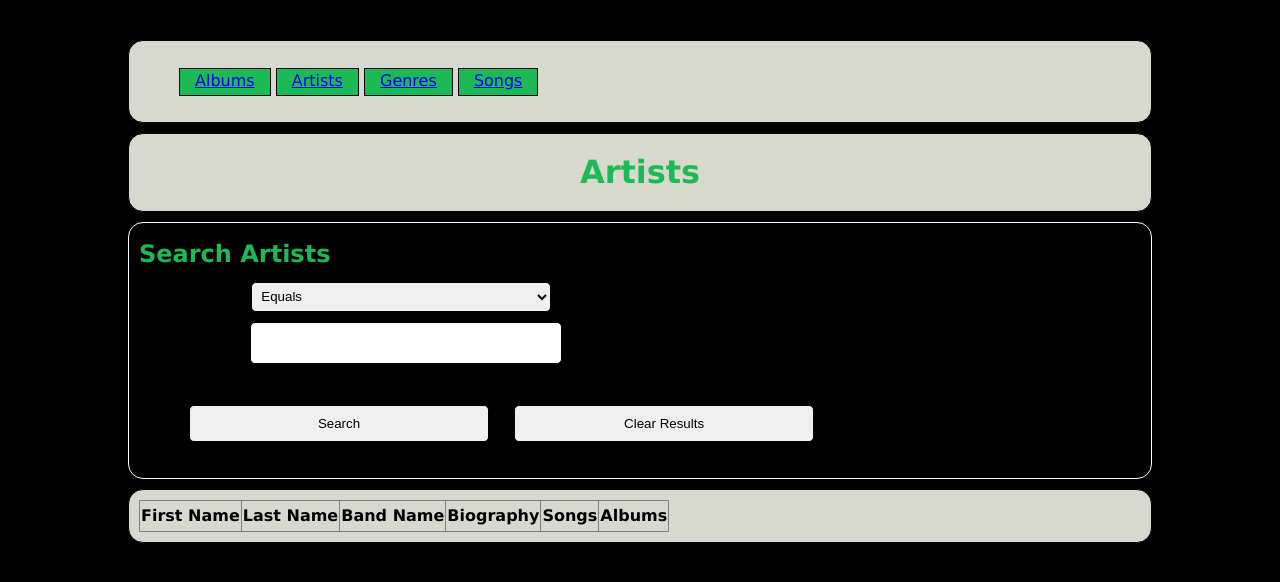
Repository: RRGTHWAR/bkg16_INFSCI1017
Page: bkg16_Music_FinalProject/WebContent/artist.html
These files come from the project's save history. The page is drawn as it stood at one moment and after the next save; the edit follows.
The browser window is 1280 px wide. The pictures show the whole page.

Above is the page before, as saved 2019-04-18 01:31:42.

### bkg16_Music_FinalProject/WebContent/artist.html
<!DOCTYPE html>
<html>
<head>
<meta charset="UTF-8">
<title>Artists</title>
<link href="css/style.css" rel="stylesheet" type="text/css" />
<script src="js/jquery-3.3.1.min.js"></script>
</head>
<body>
	<div id="navBar">
		<ul>
			<li><a href="album.html" title="Albums">Albums</a></li>
			<li><a href="artist.html" title="Artists">Artists</a></li>
			<li><a href="genre.html" title="Genres">Genres</a></li>
			<li><a href="song.html" title="Songs">Songs</a></li>
		</ul>
	</div>
	<h1 id="mainHeader" >Artists</h1>
	<div id="artistSearch" class="searchBox" >
		<h2>Search Artists</h2>
		<div>
			Search Type:
			<select name="searchType" id="searchType" class="textField">
				<option value="equals">Equals</option>
				<option value="begins">Begins</option>
				<option value="ends">Ends</option>
				<option value="contains">Contains</option>
				<option value="">All</option>
			</select>
		</div>
		<div>
			Artist Name: <input type="text" id="artistName" name="artistName" value="" class="textField" />
		</div>
		<div id="btns" >
			<ul>
				<li><input type="button" id="btnSearch" name="btnSubmit" class="actButton" value="Search" /></li>
				<li><input type="button" id="btnClear" name ="btnClear" class="actButton" value="Clear Results" /></li>
			</ul>
		</div>
	</div>

	<div id="searchResults">
		<div id="targetName" ></div>
		<table border="1" id="tblSearchResults">
			<tr>
				<th>First Name</th>
				<th>Last Name</th>
				<th>Band Name</th>
				<th>Biography</th>
				<th>Songs</th>
				<th>Albums</th>
			</tr>
		</table>
	</div>

	</body>
	<script>

		$(document).ready(function (){

			// Check for song ID in address (which would mean the page was reached via a song link).
			// If song ID exists, retrieve song title via SongWS.
			if (window.location.href.indexOf("?songID=") > -1) {
				var addy = window.location.href;
				var songID = addy.substring(addy.indexOf("=") + 1);
				var songTitle = ""
					var url = "SongWS?songID=" + songID;
					$.get(url, function(resp) {
						songTitle = resp.title;
						// Add h2 with song title.
						var targetName = "<h2>Song Title: " + songTitle + "</h2>";
						$("#targetName").append(targetName);
					});
				// Pull list of artists associated with target song.
				var url = "ArtistListWS?songID=" + songID;
				$.get(url, function(resp){
					parseArtistData(resp);
				})
			};

			// Check for album ID in address (which would mean the page was reached via an album link).
			// If song ID exists, retrieve song title via SongWS.
			if (window.location.href.indexOf("?albumID=") > -1) {
				var addy = window.location.href;
				var albumID = addy.substring(addy.indexOf("=") + 1);
				var albumTitle = ""
					var url = "AlbumWS?albumID=" + albumID;
					$.get(url, function(resp) {
						albumTitle = resp.title;
						// Add h2 with album title.
						var targetName = "<h2>Album Title: " + albumTitle + "</h2>";
						$("#targetName").append(targetName);
					});
				// Pull list of artists associated with target album.
				var url = "ArtistListWS?albumID=" + albumID;
				$.get(url, function(resp){
					parseArtistData(resp);
				})
			};

			// Load "Clear" button functionality.
			$("#btnClear").click(function (){
				clearResultsTable();
			});

			// Load "Search" button functionality.
			$("#btnSearch").click(function (){
				search();
			});

			// Autocomplete listener that activates if more than two characters have bene entered in search term field.
			$("#artistName").keyup(function(){
				var keyPressed = $("#artistName").val();
				if(keyPressed.length > 2) {
					search();
				} else {
					clearResultsTable();
				}
			});
		});

		// Main search function.
		function search(optSearchType) {
			clearResultsTable();
			var artistName = $("#artistName").val();
			var searchType = "";
			// Logic for dealing with optional parameters.
			if(optSearchType === undefined) {
				var searchType = $("#searchType").val();
			} else{
				searchType = optSearchType;
			}
			var url = "ArtistListWS?artistName=" + artistName + "&searchType=" + searchType;
			$.get(url, function(resp){
				parseArtistData(resp);
			})
		}

		function parseArtistData(data){
			var result = "";

			for(var i=0; i < data.length; i++) {
				var tr = $("<tr></tr>"); //Created empty html table row

				//First data cell
				var td = $("<td></td>"); //Created empty html table data
				td.html(data[i].first_name);
				tr.append(td);

				//Second data cell
				td = $("<td></td>");
				td.html(data[i].last_name);
				tr.append(td);

				//Third data cell
				td = $("<td></td>");
				td.html(data[i].band_name);
				tr.append(td);

				//Fourth data cell
				td = $("<td></td>");
				td.html(data[i].bio);
				tr.append(td);

				//Fifth data cell
				td = $("<td class='songLink'></td>");
				var link = "<a href='song.html?artistID=" + data[i].artist_id + "'>View Songs</a>";
				td.html(link);
				tr.append(td);

				//Sixth data cell
				td = $("<td class='albumLink'></td>");
				var link = "<a href='album.html?artistID=" + data[i].artist_id + "'>View Albums</a>";
				td.html(link);
				tr.append(td);

				//Append row to table
				$("#tblSearchResults").append(tr);
			}

		}

		// Function to clear results table when necessary.
		// Source: https://stackoverflow.com/questions/2620181/clear-table-jquery
		function clearResultsTable() {
			$("#tblSearchResults td").parent().remove();
			$("#targetName").remove();
		}

		// Function to make pressing "Enter" the same as clicking "Search."
		//Source: https://memorynotfound.com/detect-enter-keypress-javascript-jquery/
		$(document).keypress(function(e) {
			var keycode = (e.keyCode ? e.keyCode : e.which);
			if (keycode == '13') {
				$("#btnSearch").click();
			}
		});

	</script>
</html>

### bkg16_Music_FinalProject/WebContent/css/style.css
@charset "UTF-8";

html, body {
	background-color: black;
}

body {
	font-family: Verdana, Geneva, sans-serif;
	font-size: 100%;
	width: 80%;
	margin-right: auto;
	margin-left: auto;
	padding: 2.5% 2.5% 0;
	line-height: 1.8;
}

h1, h2, h3, h4, h5, h6, p {
	margin: 0;
	padding: 0;
}

h1, h2, h3, h4, h5, h6 {
	color: #1DB954;
}

p {
	margin-bottom: 1em;
}

#navBar {
	background-color: #D7D9CE;
	border: 1px solid #000;
	padding: 10px;
	border-radius: 15px;
}

#navBar ul li {
	background-color: #1DB954;
	margin-left: 0;
	margin-bottom: 10px;
	padding: 2px 15px 5px;
	border: 1px solid #000;
	list-style: none;
	display: inline;
}

#mainHeader {
	background-color: #D7D9CE;
	border: 1px solid #000;
	padding: 10px;
	margin-top: 10px;
	border-radius: 15px;
	text-align: center;
}

.searchBox {
	background-color: black;
	border: 1px solid #FFF;
	padding: 10px;
	margin-top: 10px;
	border-radius: 15px;
	margin-bottom: 10px;
}

.textField {
	border: 1px solid #000;
	border-radius: 5px;
	padding: 5px;
	margin: 5px;
	width: 300px;
	height: 30px;
}

#searchResults {
	background-color: #D7D9CE;
	border: 1px solid #000;
	padding: 10px;
	margin-top: 10px;
	border-radius: 15px;
	display: block;
	margin: 0 auto;
}

#btns ul li {
	padding: 10px;
	margin-top: 10px;
	border-radius: 15px;
	text-align: center;
	list-style: none;
	display: inline-block;
}

input[type=button] {
	border: 1px solid #000;
	padding: 10px;
	border-radius: 5px;
	display: inline-block;
	margin: 0 auto;
	width: 300px;
}

#tblSearchResults {
	border-collapse: collapse;
}

#tblSearchResults tr th td {
	border: 1px solid #000;
	padding: 5px;
	border-collapse: collapse;
	display: inline-block;
	margin: 0 auto;
	text-align: center;
}

Loaded but not shown: bkg16_Music_FinalProject/WebContent/js/jquery-3.3.1.min.js (library)

After the next save:
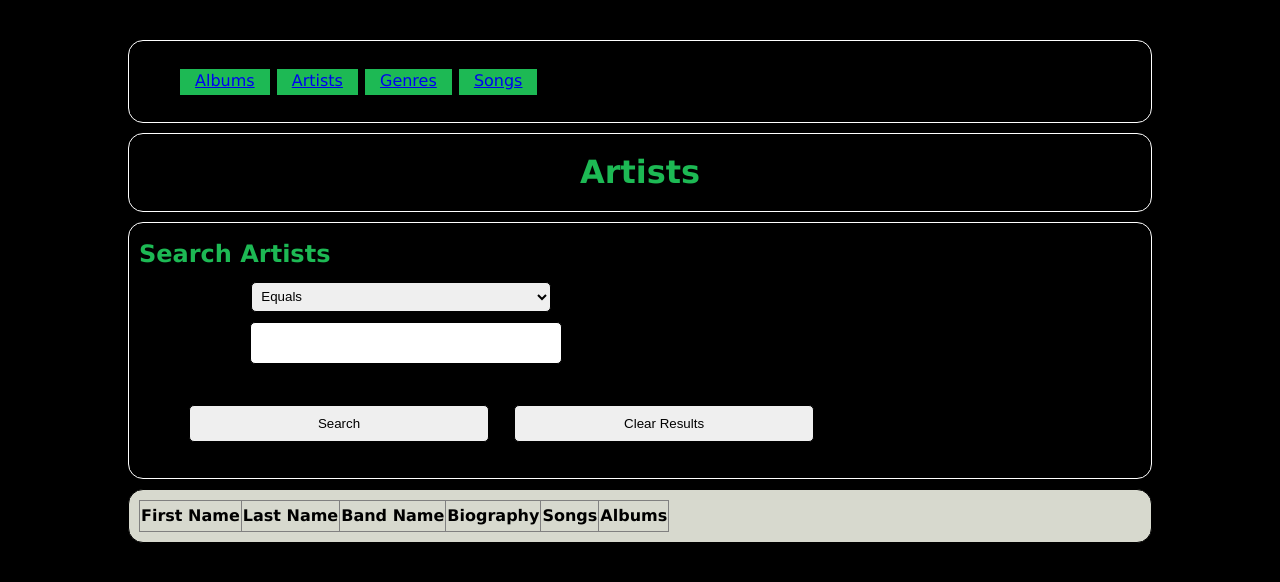
Saved 32 s later.
--- a/bkg16_Music_FinalProject/WebContent/css/style.css
+++ b/bkg16_Music_FinalProject/WebContent/css/style.css
@@ -28,8 +28,8 @@
 }
 
 #navBar {
-	background-color: #D7D9CE;
-	border: 1px solid #000;
+	background-color: black;
+	border: 1px solid #FFF;
 	padding: 10px;
 	border-radius: 15px;
 }
@@ -45,8 +45,8 @@
 }
 
 #mainHeader {
-	background-color: #D7D9CE;
-	border: 1px solid #000;
+	background-color: black;
+	border: 1px solid #FFF;
 	padding: 10px;
 	margin-top: 10px;
 	border-radius: 15px;
